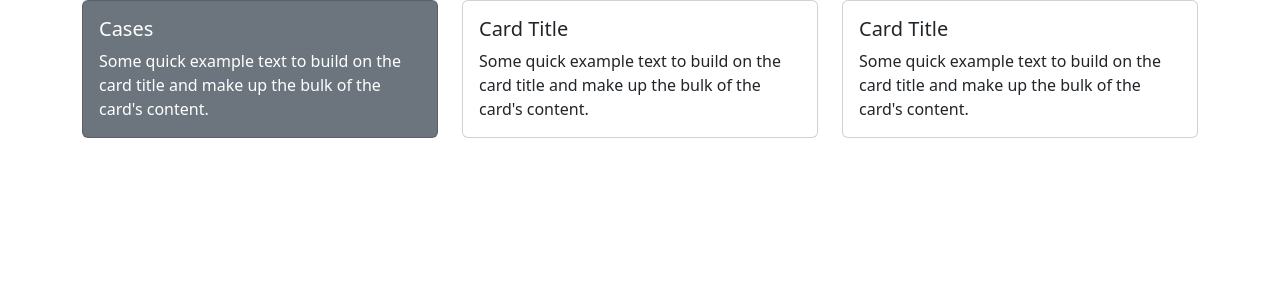
Repository: azizdeghais/CovidTracker
Page: /
These files come from the project's save history. The page is drawn as it stood at one moment and after the next save; the edit follows.
The browser window is 1280 px wide. The pictures show the whole page.
The project was rebuilt for these pictures with package versions that can differ from the ones it lists, and the page was loaded fresh each time. Also part of the build but not shown: vite.config.js.

Above is the page before, as saved 2023-03-09 15:48:32.

### src/main.jsx
import React from 'react'
import ReactDOM from 'react-dom/client'
import App from './App'
import 'bootstrap/dist/css/bootstrap.min.css';


ReactDOM.createRoot(document.getElementById('root')).render(
  <React.StrictMode>
    <App />
  </React.StrictMode>,
)

### src/App.jsx
import React, { useEffect } from 'react'
import axios from 'axios'
import Container from 'react-bootstrap/Container';
import Row from 'react-bootstrap/Row';
import Col from 'react-bootstrap/Col';
import Card from 'react-bootstrap/Card';



function App() {




  return (
    <Container>
      <Row >
        <Col>
          <Card bg='secondary' text='white' >
            <Card.Body>
              <Card.Title>Cases</Card.Title>
              <Card.Text>
                Some quick example text to build on the card title and make up the
                bulk of the card's content.
              </Card.Text>
            </Card.Body>
          </Card>
        </Col>
        <Col>
          <Card >
            <Card.Body>
              <Card.Title>Card Title</Card.Title>
              <Card.Text>
                Some quick example text to build on the card title and make up the
                bulk of the card's content.
              </Card.Text>
            </Card.Body>
          </Card>
        </Col>
        <Col>
          <Card >
            <Card.Body>
              <Card.Title>Card Title</Card.Title>
              <Card.Text>
                Some quick example text to build on the card title and make up the
                bulk of the card's content.
              </Card.Text>
            </Card.Body>
          </Card>
        </Col>
      </Row>
    </Container>
  )
}

export default App

Loaded but not shown: index.html (common file)

After the next save:
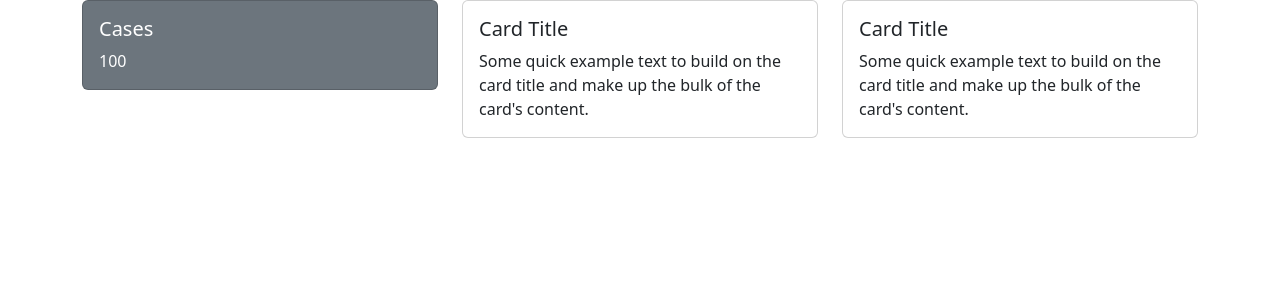
Saved 6 s later.
--- a/src/App.jsx
+++ b/src/App.jsx
@@ -20,8 +20,7 @@ function App() {
             <Card.Body>
               <Card.Title>Cases</Card.Title>
               <Card.Text>
-                Some quick example text to build on the card title and make up the
-                bulk of the card's content.
+                100
               </Card.Text>
             </Card.Body>
           </Card>
